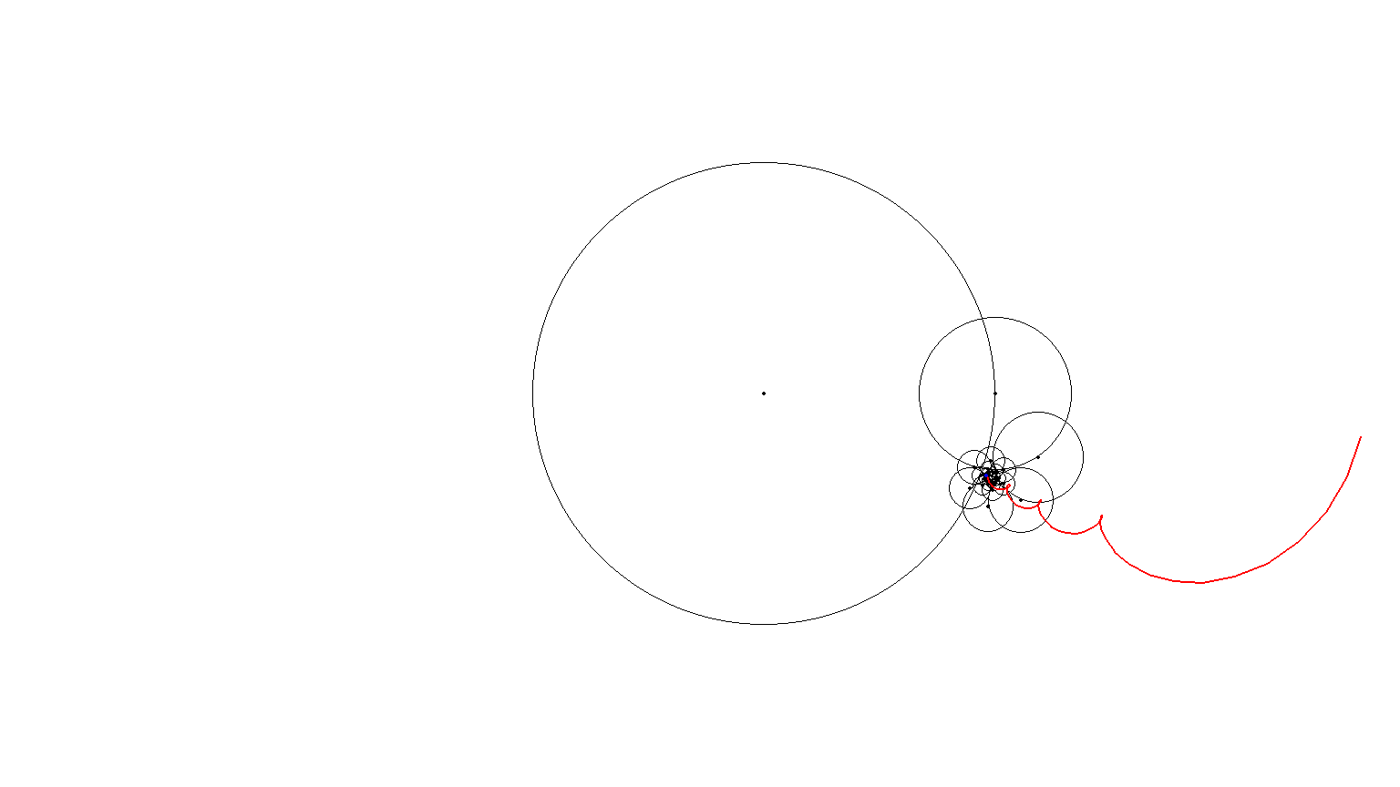
Repository: Liuuuv/animation_cercles
Script's output: python animation cercles.py
The author's editor kept a copy of each file at every save. The script's output is drawn from the files as they stood at one save, then again after the next save.
Figures wider than 1,400 px are first shrunk to that width. The window is shown after at most 60 frames with no key pressed. Random numbers start from a fixed seed.

Above is the script's output before, as saved 2024-11-08 18:41:36.

After the next save:
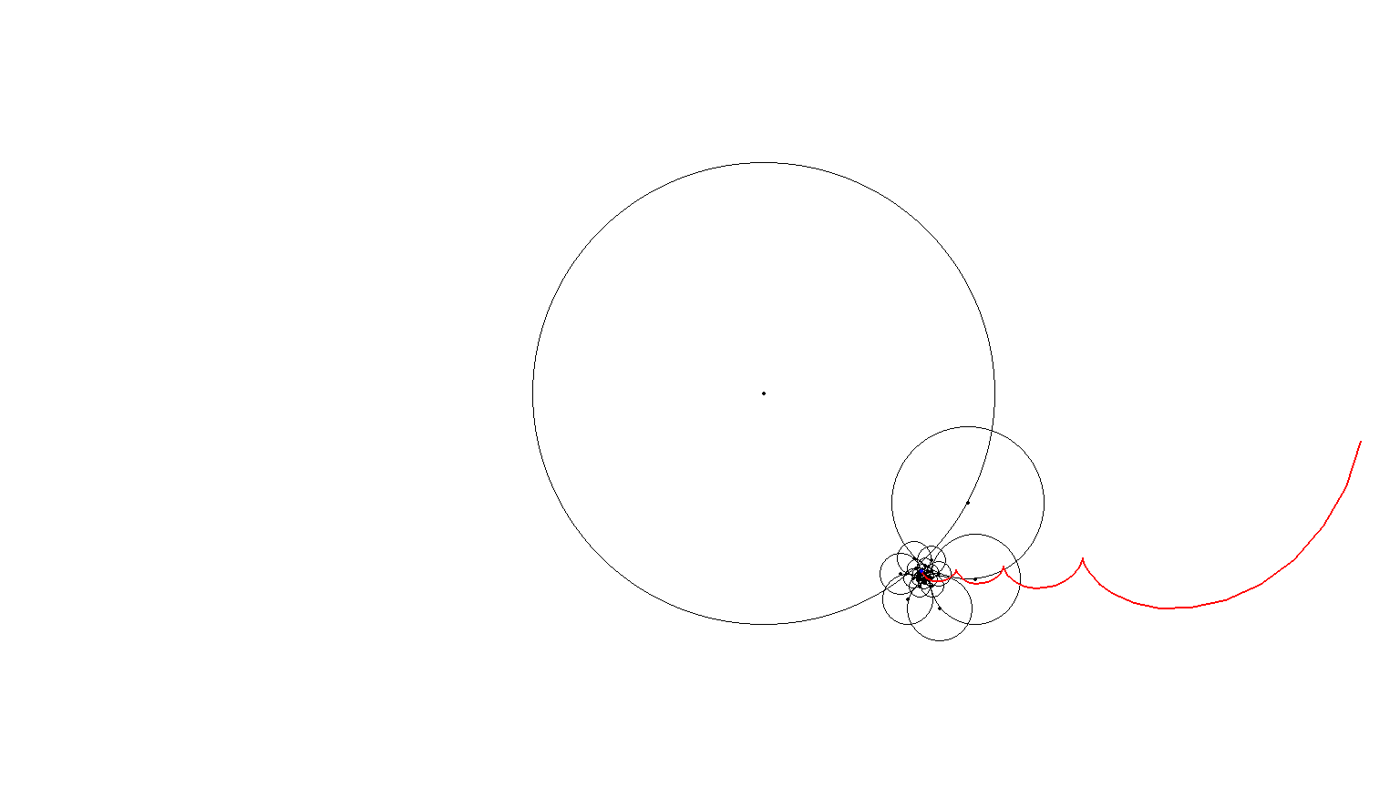
Saved 22 s later.
--- a/animation cercles.py
+++ b/animation cercles.py
@@ -104,7 +104,7 @@ class Affichage:
         return np.exp(1j*t)
 
     def calculer_coefficients(self):
-        for n in range(1, self.nb_cercles + 1):
+        for n in range(self.nb_cercles):
             # Calculer les coefficients de Fourier pour un segment [-1, 1]
             # Les termes impairs pour une forme carrée : (4 / (n * π)) pour les termes impairs
             if n % 2 != 0:  # Seulement les termes impairs
